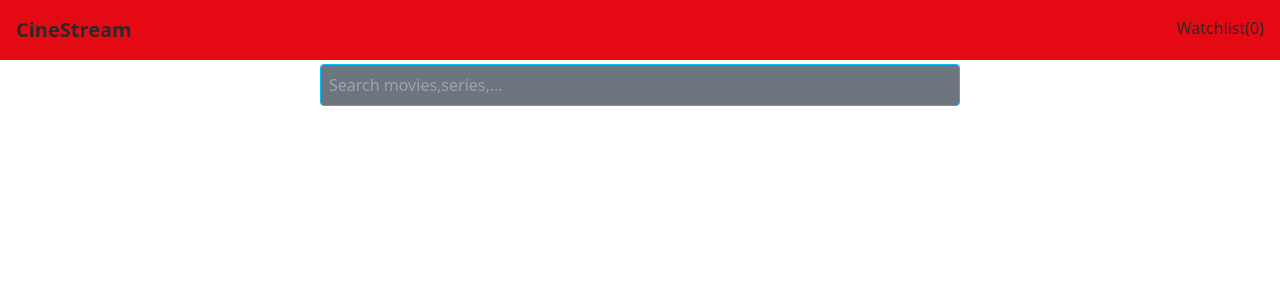
Repository: Reshmashameem31/Cine-Stream
Page: / (app in movie-project/)
An editor plug-in stored every save of this project. The page is shown before and after a run of saves, followed by the edit.
The browser window is 1280 px wide. The pictures show the whole page.
The project was rebuilt for these pictures with package versions that can differ from the ones it lists, and the page was loaded fresh each time. Also part of the build but not shown: movie-project/vite.config.js, movie-project/src/pages/WatchList.jsx.

Above is the page before, as saved 2025-08-15 17:45:51.

### movie-project/src/App.jsx
import {BrowserRouter,Routes,Route} from 'react-router-dom'

import { useState } from 'react'
import Navbar from './pages/Navbar'
import Watchlist from './pages/WatchList'
import Home from './pages/Home'
function App() {
  const [count, setCount] = useState(0)

  return (

    <BrowserRouter>

    <Navbar/>
    <Routes>
      <Route path='/' element={<Home/>}></Route>
        <Route path='/watchlist' element={<Watchlist/>}></Route>
    </Routes>
    </BrowserRouter>
  )
}

export default App

### movie-project/src/pages/Navbar.jsx
import React from 'react'
import { Link } from 'react-router-dom'

const Navbar = () => {
  return (
    <nav className='p-4 bg-[#E50914] text-[#2A2A2A]  flex justify-between fixed w-full top-0'>
      <Link to="/" className='font-bold text-xl hover:text-[#00E5FF] '>CineStream</Link>
      <Link to="/watchlist" className='text-l hover:text-[#00E5FF]'>Watchlist(0)</Link>
    </nav>
  )
}

export default Navbar

### movie-project/src/pages/Home.jsx
import React from 'react'

const Home = () => {
  return (
    <div className='p-4 pt-16 '>
        <input type='text' placeholder='Search movies,series,...'
         className='p-2 w-3/4 md:w-1/2 border rounded border-[#00BFFF]
          bg-[#0D1B2A] bg-opacity-60 backdrop-blur-md text-white fixed  left-1/4  top-16' />
        <div className='movies-container'></div>
        <div className='pagination-container'></div>

    </div>
  )
}

export default Home

Loaded but not shown: movie-project/index.html (common file); movie-project/src/main.jsx (common file); movie-project/src/index.css (common file); movie-project/tailwind.config.js (common file)

After the next 4 saves:
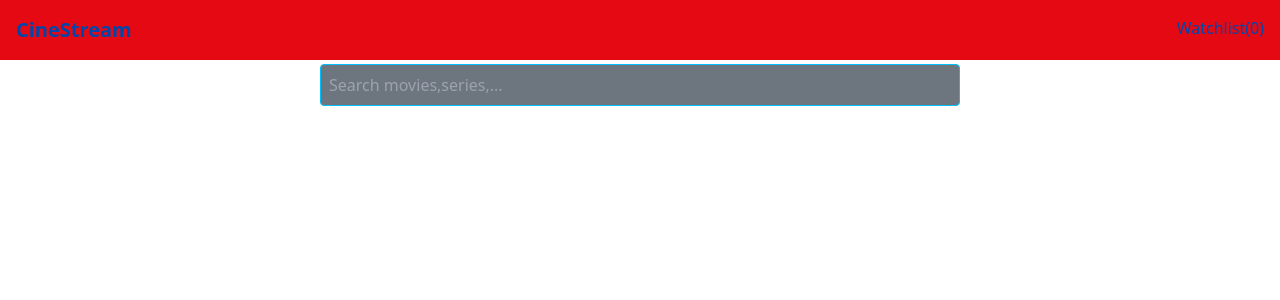
The 4 saves are shown as one change because they came seconds apart.
The last was saved 17 s later.
--- a/movie-project/src/pages/Navbar.jsx
+++ b/movie-project/src/pages/Navbar.jsx
@@ -3,7 +3,7 @@ import { Link } from 'react-router-dom'
 
 const Navbar = () => {
   return (
-    <nav className='p-4 bg-[#E50914] text-[#2A2A2A]  flex justify-between fixed w-full top-0'>
+    <nav className='p-4 bg-[#E50914] text-[#0047AB]  flex justify-between fixed w-full top-0'>
       <Link to="/" className='font-bold text-xl hover:text-[#00E5FF] '>CineStream</Link>
       <Link to="/watchlist" className='text-l hover:text-[#00E5FF]'>Watchlist(0)</Link>
     </nav>
